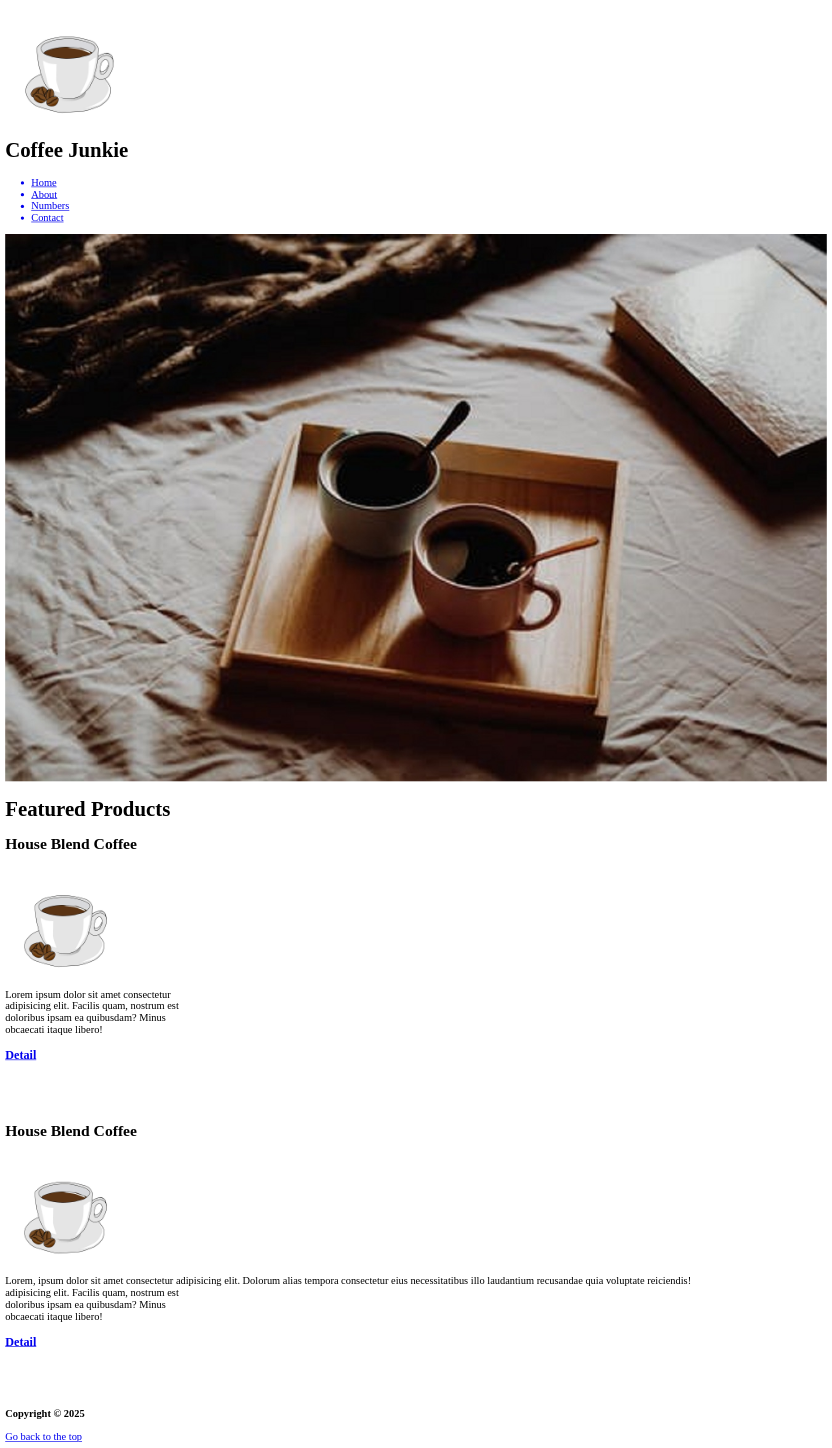
Repository: Tranghii/HTML-CSS
Page: HTML&CSS/miniExercise/index.html
These files come from the project's save history. The page is drawn as it stood at one moment and after a run of saves; the edit follows.
The browser window is 1280 px wide. The pictures show the whole page, at 65% of full size.

Above is the page before, as saved 2025-10-11 22:30:12.

After the next 2 saves:
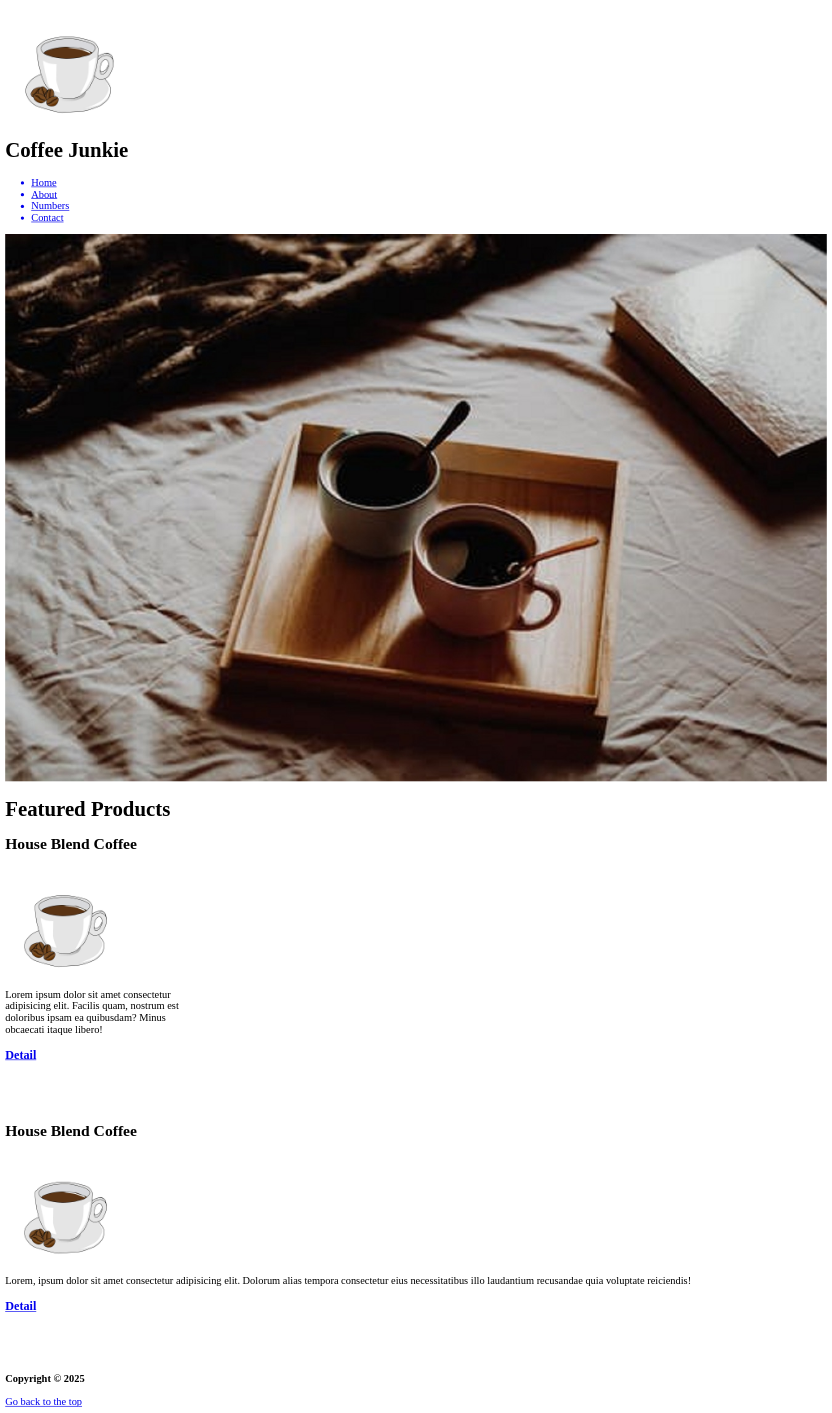
The 2 saves are shown as one change because they came seconds apart.
The last was saved 8 s later.
--- a/HTML&CSS/miniExercise/index.html
+++ b/HTML&CSS/miniExercise/index.html
@@ -36,9 +36,8 @@
                  consectetur eius necessitatibus illo
                  laudantium recusandae quia voluptate
                  reiciendis! <br>
-                adipisicing elit. Facilis quam, nostrum est <br>
-                doloribus ipsam ea quibusdam? Minus <br>
-                obcaecati itaque libero!</p>
+
+                </p>
                 <h3> <a href="details.html">Detail</a></h3>
         </div>
 
